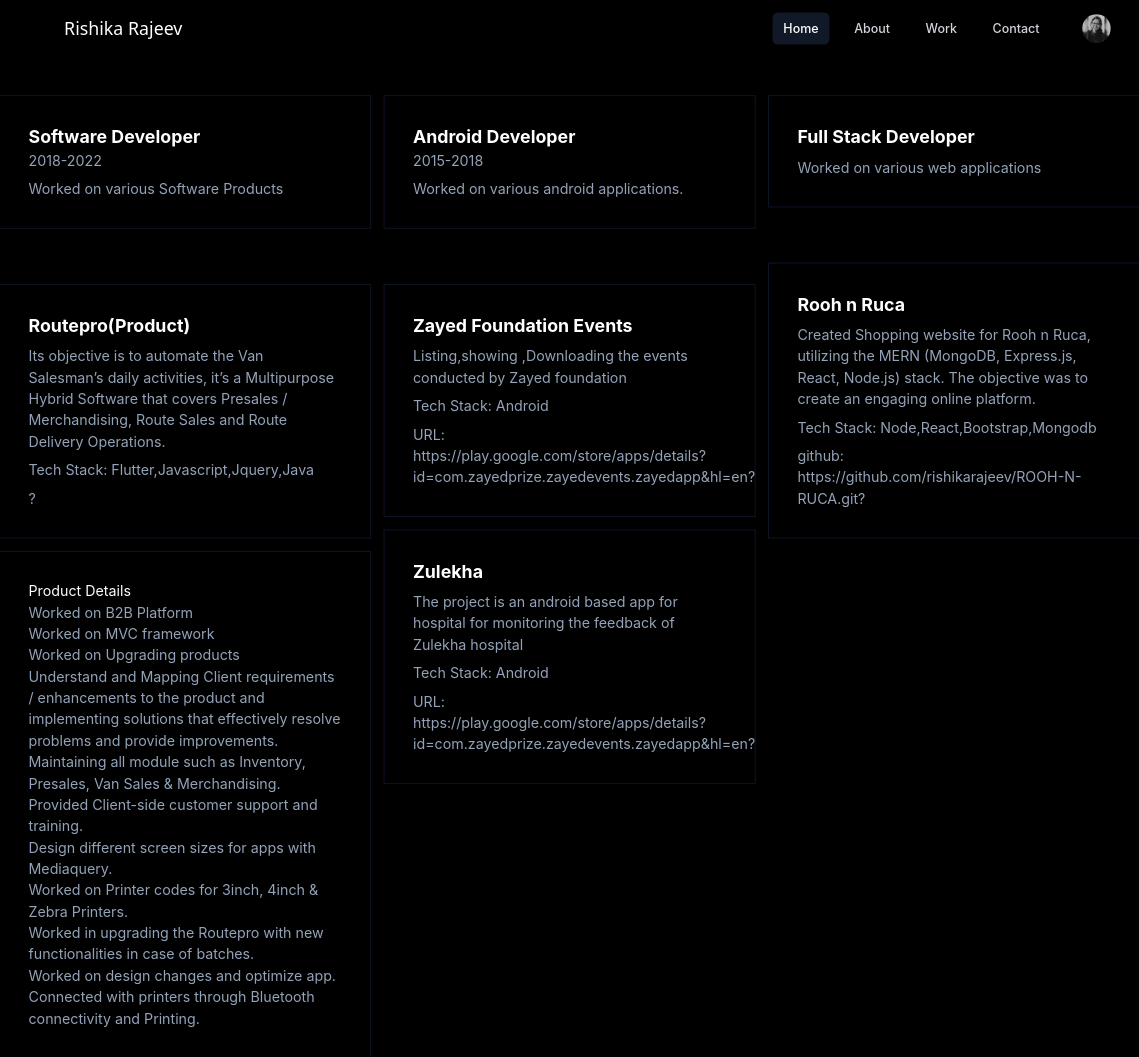
Repository: rishikarajeev/portfolio_rishika
Page: /work
The author's editor kept a copy of each file at every save. The page is drawn from the files as they stood at one save, then again after a run of saves.
The browser window is 1280 px wide. The pictures show the whole page, at 89% of full size.
The project was rebuilt for these pictures with package versions that can differ from the ones it lists, and the page was loaded fresh each time. Also part of the build but not shown: src/Pages/Home.jsx, src/Pages/About.jsx, src/Pages/Contact.jsx.

Above is the page before, as saved 2023-10-23 19:08:22.

After the next 4 saves:
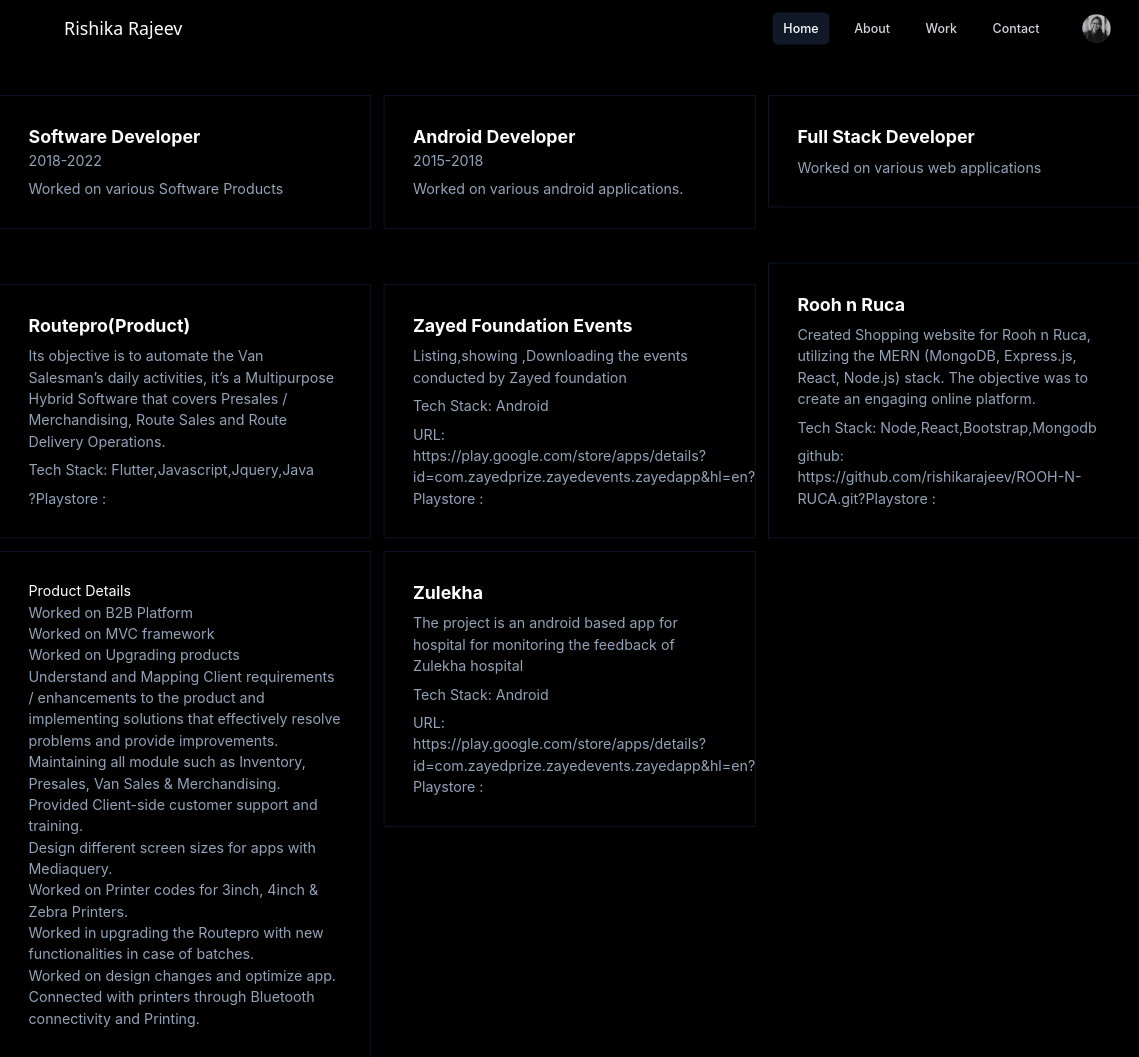
The 4 saves are shown as one change because they came seconds apart.
The last was saved 35 s later.
--- a/src/Components/Project.jsx
+++ b/src/Components/Project.jsx
@@ -6,7 +6,7 @@ const Project = ({ title, description, techStack,Playstore }) => {
       <h3 className="text-xl font-bold text-white">{title}</h3>
       <p className="mt-2 dark:text-slate-400">{description}</p>
       <p className="mt-2 dark:text-slate-400">Tech Stack: {techStack}</p>
-      <p className="mt-2 dark:text-slate-400">{Playstore}?{}</p>
+      <p className="mt-2 dark:text-slate-400">{Playstore}?Playstore :{}</p>
     </div>
   );
 };
